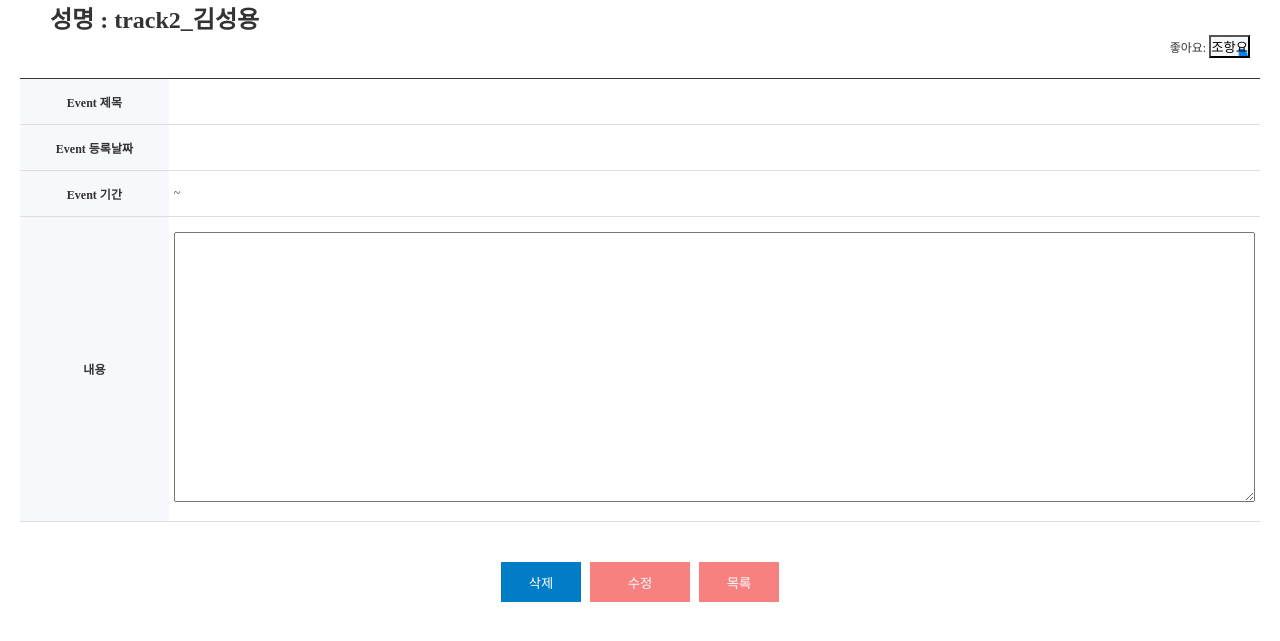
Repository: ddd5733/MVC-Pattern
Page: http://localhost/track2_exam_김성용/examGoView
An editor plug-in stored every save of this project. The page is shown before and after the next save, followed by the edit.
The browser window is 1280 px wide. The pictures show the whole page.
Some web libraries are served in a nearby version. The page is served by Tomcat 9. Other server files are loaded and not shown. Queries for data that is not in the repository find no rows.

Above is the page before, as saved 2020-01-09 05:29:24.

### 김성용_eclipse_source/track2_exam_김성용/WebContent/exam_event/event_v.jsp
<%@ page language="java" contentType="text/html; charset=utf-8"  pageEncoding="utf-8"%>
<%@ page import="common.CommonUtil" %>
<%
		String today = CommonUtil.getToday();
%>

<!DOCTYPE html>
<html>
<head>
	<meta http-equiv="Content-Type" content="text/html; charset=utf-8" />
<!--
	********************************************
		title : track2 수련생 성명
	********************************************
 -->
	<title>track2 김성용</title>
	<link rel="stylesheet" href="https://use.fontawesome.com/releases/v5.5.0/css/all.css" integrity="sha384-B4dIYHKNBt8Bc12p+WXckhzcICo0wtJAoU8YZTY5qE0Id1GSseTk6S+L3BlXeVIU" crossorigin="anonymous">
	<link href="/css/common.css" rel="stylesheet">
	<link href="/css/layout.css" rel="stylesheet" >
	<script src="http://code.jquery.com/jquery-1.11.2.min.js"></script>
<script src="http://code.jquery.com/jquery-migrate-1.2.1.min.js"></script>

<script type="text/javascript" language="javascript">

    $(document).ready(function(){
    	$("#btnOK").click(function(){

    	    var urlLocation="EventLike";
    	    var params="no="+ $('#t_no').val();
		        $.ajax({
		            type : "post",
		            url : urlLocation,
		            data: params,
		            dataType : "text",
		            error : function(){
		                alert('통신실패!!');
		            },
		            success : function(data){
		                alert("통신데이터 값 : " + data);
	                	$("#divLike").html(data);
		            }

		        });
    	 });

    });

</script>
</head>
<body>
	<div class="container">
<!--
	********************************************
		성명 : track2 수련생 성명
	********************************************
 -->
		<div class="leftmargin">
			<h1>성명 : track2_김성용</h1>
			<div class="likebox">
				<span id="divLike">
					좋아요:${t_dto.getLikecount()}
				</span>
				<input type="button" id="btnOK" style= "background: url('/image/Like.JPG')" value="조항요"/>
				<input type="hidden" name="t_no" value="${t_dto.getExam_number()}"/>
			</div>
		</div>
		<div class="write_wrap">

			<div class="board_list">
				<form name="list">
				<input type="hidden" value="${t_dto.getExam_number()}" name="t_exam_number">
				<table class="board_table">
					<colgroup>
						<col width="12%">
						<col width="*">
					</colgroup>
					<tbody>
						<tr>
							<th>Event 제목</th>
							<td class="th_left">
								<h3>${t_dto.getTitle()}</h3><br>
							</td>
						</tr>
						<tr>
						<th>Event 등록날짜</th>
							<td class="th_left">
								<h3>${t_dto.getReg_date()}</h3><br>
							</td>
						</tr>
						<tr>
							<th>Event 기간</th>
							<td class="th_left">
								<p>${t_dto.getStart_date()}</p>
								~
								<p>${t_dto.getEnd_date()}</p>
							</td>
						</tr>
						<tr>
							<th>내용</th>
							<td class="th_left">
								<textarea readonly>${t_dto.getContent()}</textarea>
								<input type="hidden" value="d" name="t_work">
							</td>
						</tr>
					</tbody>
				</table>
				</form>
			</div>
			<form name="mo">
			<input type="hidden" value="${dto.getExam_number()}" name="t_exam_number">
			</form>

			<div class="btn_wrap">
				<input type="button" value="삭제" class="btn_ok" onClick="write123();">&nbsp;&nbsp;
				<input type="reset" value="수정" class="btn_reset" onClick="momo();" >&nbsp;&nbsp;
				<input type="button" value="목록" class="btn_list" onClick="javascript:history.back();">
			</div>
		</div>
	</div>
</body>
 <script>
	function write123(){
		var yn = confirm("정말 삭제 하시겠습니까?");
		if(yn==true){
			var fm = document.list;
			fm.action ="/examUpdate";
			fm.method ="post";
			fm.submit();
		}
	}
	function momo(){
		var fm = document.mo;
		fm.action ="/examGoU";
		fm.method ="post";
		fm.submit();
	}
 </script>
</html>

### 김성용_eclipse_source/track2_exam_김성용/src/servlet/exam/examGoView.java
package servlet.exam;

import java.io.IOException;

import javax.servlet.RequestDispatcher;
import javax.servlet.ServletException;
import javax.servlet.annotation.WebServlet;
import javax.servlet.http.HttpServlet;
import javax.servlet.http.HttpServletRequest;
import javax.servlet.http.HttpServletResponse;

import dao.Exam_DAO;
import dto.Exam_DTO;

/**
 * Servlet implementation class examGoView
 */
@WebServlet("/examGoView")
public class examGoView extends HttpServlet {
	private static final long serialVersionUID = 1L;

    /**
     * @see HttpServlet#HttpServlet()
     */
    public examGoView() {
        super();
        // TODO Auto-generated constructor stub
    }

	/**
	 * @see HttpServlet#doGet(HttpServletRequest request, HttpServletResponse response)
	 */
	protected void doGet(HttpServletRequest request, HttpServletResponse response) throws ServletException, IOException {
		request.setCharacterEncoding("UTF-8");
		Exam_DAO dao = new Exam_DAO();
		String exam_number =request.getParameter("t_exam_number");
		Exam_DTO dto = dao.getExamView(exam_number);
		request.setAttribute("t_dto",dto);
		RequestDispatcher dispatcher = request.getRequestDispatcher("/exam_event/event_v.jsp");
		dispatcher.forward(request,response);

	}

	/**
	 * @see HttpServlet#doPost(HttpServletRequest request, HttpServletResponse response)
	 */
	protected void doPost(HttpServletRequest request, HttpServletResponse response) throws ServletException, IOException {
		// TODO Auto-generated method stub
		doGet(request, response);
	}

}

### 김성용_eclipse_source/track2_exam_김성용/src/dao/Exam_DAO.java
package dao;

import java.rmi.RemoteException;
import java.sql.Connection;
import java.sql.PreparedStatement;
import java.sql.ResultSet;
import java.sql.SQLException;
import java.util.*;

import common.*;
import dto.Exam_DTO;

public class Exam_DAO {
	DBConnectionOracle common = new DBConnectionOracle();
	Connection 		   con    = null;
	PreparedStatement  ps 	  = null;
	ResultSet 		   rs 	  = null;

	//홈에 리스트 띄워주기

	public ArrayList<Exam_DTO> getHomeNotice(){
	ArrayList<Exam_DTO> dtos = new ArrayList<Exam_DTO>();
	String query =	" SELECT  exam_number, substr(title,0,10),substr(content,0,15), to_char(reg_date, 'yyyy-MM-dd'), "+
					" to_char(start_date, 'yyyy-MM-dd'), to_char(end_date, 'yyyy-MM-dd'), name, hit "+
					" FROM a06_EXAM_김성용 "+
					" ORDER BY exam_number desc ";


	try {
		con = common.getConnection();
		ps = con.prepareStatement(query);
		rs = ps.executeQuery();
	while(rs.next()) {
		String exam_number = rs.getString(1);
		String title = rs.getString(2);
		String content = rs.getString(3);
		String reg_date = rs.getString(4);
		String start_date = rs.getString(5);
		String end_date = rs.getString(6);
		String name = rs.getString(7);
		int hit = rs.getInt(8);
		int likecount = rs.getInt(9);

		Exam_DTO dto = new Exam_DTO(exam_number,title,content,reg_date,start_date,end_date,name,hit,likecount);

		dtos.add(dto);
	}

		}catch(SQLException se) {
			System.out.println("SQLException getHomeNotice():"+se.getMessage());
		}catch(Exception e) {
			System.out.println("Exception getHomeNotice():"+e.getMessage());
		}finally {
			try {
				common.close(con, ps, rs);
			}catch (Exception e) {
				System.out.println("getHomeNotice() close"+e.getMessage());
			}
		}

	return dtos;
}







	//업데이트문


	public int update(String query){
	int result =0;

		try {
			con = common.getConnection();
			ps = con.prepareStatement(query);
			result = ps.executeUpdate();

		}catch(SQLException se) {
			System.out.println("SQLException insertNotice():"+se.getMessage());
		}catch(Exception e) {
			System.out.println("Exception insertNotice():"+e.getMessage());
		}finally {
			try {
				common.close(con, ps, rs);
			}catch (Exception e) {
				System.out.println("insertNotice() close"+e.getMessage());
			}
		}

		return result;
	}




	//조회수 올려주기
	public int noticeHit(String noti_no){ //조회수 증가
		int result = 0;
		String query = " update A06_TRACK2_HOME_NOTICE set hit = hit+1 where notice_no ='"+noti_no+"' ";
		try {
			con = common.getConnection();
			ps  = con.prepareStatement(query);
			result  = ps.executeUpdate();
		}catch(SQLException se) {
			System.out.println("SQLException noticeHit():"+se.getMessage());
		}catch(Exception e) {
			System.out.println("Exception noticeHit():"+e.getMessage());
		} finally {
			try {
				common.close(con,ps,rs);
			}catch(Exception e) {
				System.out.println("noticeHit() close:"+e.getMessage());
			}
		}
		return result;
	}





	public Exam_DTO getExamView(String exam_num){ //상세조회
		Exam_DTO dto = null;
		String query =  " SELECT  exam_number, substr(title,0,10),substr(content,0,15), to_char(reg_date, 'yyyy-MM-dd'), "+
						" to_char(start_date, 'yyyy-MM-dd'), to_char(end_date, 'yyyy-MM-dd'), name, hit,likecount "+
						" FROM a06_EXAM_김성용 "+
					    " where exam_number = '"+exam_num+"' ";
		try {
			con = common.getConnection();
			ps  = con.prepareStatement(query);
			rs  = ps.executeQuery();
			while(rs.next()) {
				String exam_number = rs.getString(1);
				String title = rs.getString(2);
				String content = rs.getString(3);
				String reg_date = rs.getString(4);
				String start_date = rs.getString(5);
				String end_date = rs.getString(6);
				String name = rs.getString(7);
				int hit = rs.getInt(8);
				int likecount = rs.getInt(9);

				dto = new Exam_DTO(exam_number,title,content,reg_date,start_date,end_date,name,hit,likecount);
			}
		}catch(SQLException se) {
			System.out.println("SQLException getExamView():"+se.getMessage());
		}catch(Exception e) {
			System.out.println("Exception getExamView():"+e.getMessage());
		} finally {
			try {
				common.close(con,ps,rs);
			}catch(Exception e) {
				System.out.println("getExamView() close:"+e.getMessage());
			}
		}
		return dto;
	}


	// 목록 조회

public ArrayList<Exam_DTO> getExamLsit(String selValue, String txtValue){
	ArrayList<Exam_DTO> dtos = new ArrayList<Exam_DTO>();
	String query =	" SELECT  exam_number, substr(title,0,10),substr(content,0,15), to_char(reg_date, 'yyyy-MM-dd'), "+
					" to_char(start_date, 'yyyy-MM-dd'), to_char(end_date, 'yyyy-MM-dd'), name, hit, likecount "+
					" FROM a06_EXAM_김성용 "+
					" where "+selValue+" like '%"+txtValue+"%' "+
					" order by exam_number desc ";
	try {
		con = common.getConnection();
		ps = con.prepareStatement(query);
		rs = ps.executeQuery();
	while(rs.next()) {
		String exam_number = rs.getString(1);
		String title = rs.getString(2);
		String content = rs.getString(3);
		String reg_date = rs.getString(4);
		String start_date = rs.getString(5);
		String end_date = rs.getString(6);
		String name = rs.getString(7);
		int hit = rs.getInt(8);
		int likecount = rs.getInt(9);

		Exam_DTO dto = new Exam_DTO(exam_number,title,content,reg_date,start_date,end_date,name,hit,likecount);

		dtos.add(dto);
	}

		}catch(SQLException se) {
			System.out.println("SQLException getExamLsit():"+se.getMessage());
		}catch(Exception e) {
			System.out.println("Exception getExamLsit():"+e.getMessage());
		}finally {
			try {
				common.close(con, ps, rs);
			}catch (Exception e) {
				System.out.println("getExamLsit() close"+e.getMessage());
			}
		}
	System.out.println(query);
	return dtos;
}




	//공지사항등록


	public int insertNotice(String notice_no, String title,
							String content, String reg_id, String reg_date){
	int result =0;
	String query=   " insert into a06_track2_web_notice(notice_no,title,content,reg_id,reg_date) "+
					" values('"+notice_no+"','"+title+"','"+content+"','"+reg_id+"','"+reg_date+"') ";

		try {
			con = common.getConnection();
			ps = con.prepareStatement(query);
			result = ps.executeUpdate();

		}catch(SQLException se) {
			System.out.println("SQLException insertNotice():"+se.getMessage());
		}catch(Exception e) {
			System.out.println("Exception insertNotice():"+e.getMessage());
		}finally {
			try {
				common.close(con, ps, rs);
			}catch (Exception e) {
				System.out.println("insertNotice() close"+e.getMessage());
			}
		}

		return result;
	}


	public String getMaxNo() {
		String query = " select max(exam_number) from a06_exam_김성용 ";
		String result = null;

		try {
			con = common.getConnection();
			ps = con.prepareStatement(query);
			rs = ps.executeQuery();
			while(rs.next()) {
				result = rs.getString(1);
			}

		}catch(SQLException se) {
			System.out.println("SQLException getMaxid():"+se.getMessage());
		}catch(Exception e) {
			System.out.println("Exception getMaxid():"+e.getMessage());
		}finally {
			try {
				common.close(con, ps, rs);
			}catch (Exception e) {
				System.out.println("getMemberList() close"+e.getMessage());
			}
		}

		return result;
	}



	public String getExam_number() {
		String exam_number = getMaxNo();
		System.out.println("11111111111"+exam_number);
		if(exam_number == null) {
			exam_number = "N0001";
		} else {
			String cut = exam_number.substring(1,5);
			int number = Integer.parseInt(cut);
			System.out.println(number);
			number++;
			System.out.println(number);
			String r = CommonUtil.getLPad(Integer.toString(number), 4, "0");
			exam_number = "N"+r;
			System.out.println("2222222222"+exam_number);
		}

		return exam_number;
	}

}

### 김성용_eclipse_source/track2_exam_김성용/src/common/DBConnectionOracle.java
package common;
import java.rmi.RemoteException;
import java.sql.Connection;
import java.sql.DriverManager;
import java.sql.PreparedStatement;
import java.sql.ResultSet;
import java.sql.SQLException;
public class DBConnectionOracle{
	public Connection getConnection() throws RemoteException{
		try {
			Class.forName("oracle.jdbc.driver.OracleDriver");
		} catch (Exception ex) {
			System.out.println("DBConnectionOracle.class = Exception: " + ex.getMessage());
		}
		Connection con = null;
		try{
			// String DB_URL = "jdbc:oracle:thin:@admin-pc0:1521:ORCL";
			// String DB_USER = "hr";
			// String DB_PASSWORD= "1234";
			 String DB_URL = "jdbc:oracle:thin:@admin-pc04:1521:ORCL";
			 String DB_USER = "scott";
			 String DB_PASSWORD= "tiger";
//			String DB_URL = "jdbc:oracle:thin:@localhost:1521:ORCL";
//			String DB_USER = "hr";
//			String DB_PASSWORD= "1234";
			con = DriverManager.getConnection(DB_URL, DB_USER, DB_PASSWORD);
			if(con == null){
				System.out.println("DBConnectionOracle.class = oracle db 연결실패===========");
			}
		} catch (SQLException ex) {
			System.out.println("DBConnectionOracle.class = SQLException: " + ex.getMessage());
			System.out.println("DBConnectionOracle.class = SQLState: " + ex.getSQLState());
		}
		return con;
	}
	public void close(Connection con, PreparedStatement ps){
		try {
			if(ps != null) 		ps.close();
			if(con != null)		con.close();
		} catch(Exception e) {
			System.out.println("=========== 종료 error ===========");
		}
    }
	public void close(Connection con, PreparedStatement ps, ResultSet result){
		try {
			if(result != null)	result.close();
			if(ps != null) 		ps.close();
			if(con != null)		con.close();
		} catch(Exception e) {
			System.out.println("=========== 종료 error ===========");
		}
    }
}

### 김성용_eclipse_source/track2_exam_김성용/src/common/CommonUtil.java
package common;
import java.util.*;
import java.io.*;

import java.text.*;
public class CommonUtil{
Scanner sc = new Scanner(System.in);
public static String file_dir_notice = "C:\\Users\\admin\\Desktop\\김성용_eclipse_source\\.metadata\\.plugins\\org.eclipse.wst.server.core\\tmp0\\wtpwebapps\\ksy_jsp\\file_room\\notice";

public static String file_dir_news = "C:/Users/admin/Desktop/김성용_eclipse_source/.metadata/.plugins/org.eclipse.wst.server.core/tmp0/wtpwebapps/ksy_jsp/file_room/news";
	//입력값 숫자만 받기
	public int inputNumberOnly() {
		int number=0;
		while(true) {
			try{
				number = sc.nextInt();
				break;
			}
			catch(InputMismatchException e){
				sc = new Scanner(System.in);
				System.out.println(" 숫자만 입력해주세요 ");
				System.out.print(" 다시입력 : ");
			}
			catch(Exception e){
			}
		}
		return number;
	}

	//스트링값 숫자만 받기
	public int stringintcheck(String munja) {
		int number=0;
		while(true) {
			try{
				number = sc.nextInt();
				break;
			}
			catch(InputMismatchException e){
				sc = new Scanner(System.in);
				System.out.println(" 숫자만 입력해주세요 ");
				System.out.print(" 다시입력 : ");
			}
			catch(Exception e){
			}
		}
		return number;
	}

	// 입력 날짜 - 제거 인트 형변환
	public static int StiWithout(String checkDate){
		int	dayday = Integer.parseInt(checkDate.replace("-" , ""));

		return dayday;
	}

	// 날짜형식 검사 -없이
	public static boolean checkDateWithout(String checkDate){
		SimpleDateFormat dateFormat =
			new SimpleDateFormat("yyyyMMdd");
		boolean checkD = true;
		dateFormat.setLenient(false);
		try{
			dateFormat.parse(checkDate);
		}catch(ParseException e){
			checkD = false;
		}
		return checkD;
	}

	//잘라서 년월구하기
	public static String getTodayWithoutUnderBar(){
			SimpleDateFormat sdf = new SimpleDateFormat("yyyyMMdd");
			Date date = new Date();
			String today = sdf.format(date);
			return today;
		}

	//오늘날짜
	public static String getToday(){
		SimpleDateFormat sdf = new SimpleDateFormat("yyyy-MM-dd");
		Date date = new Date();
		String today = sdf.format(date);
		return today;
	}
	//제조일자검사 yyyyMM형
	public static boolean checkYm(String checkDate){
		SimpleDateFormat dateFormat =
			new SimpleDateFormat("yyyyMM");
		boolean checkD = true;
		dateFormat.setLenient(false);
		try{
			dateFormat.parse(checkDate);
		}catch(ParseException e){
			checkD = false;
		}
		return checkD;
	}


	// 날짜형식 검사
	public static boolean checkDate(String checkDate){
		SimpleDateFormat dateFormat =
			new SimpleDateFormat("yyyy-MM-dd");
		boolean checkD = true;
		dateFormat.setLenient(false);
		try{
			dateFormat.parse(checkDate);
		}catch(ParseException e){
			checkD = false;
		}
		return checkD;
	}
	// 부족한 자리수 만큼 채우기 왼쪽채우기
	public static String getLPad(String str, int size, String strFillText) {
        for(int i = (str.getBytes()).length; i < size; i++) {
            str = strFillText + str;
        }
        return str;
    }
	// 부족한 자리수 만큼 채우기 양쪽채우기
	public static String getCPad(String str, int size, String strFillText) {
        int intPadPos = 0;
        for(int i = (str.getBytes()).length; i < size; i++) {
            if(intPadPos == 0) {
                str += strFillText;
                intPadPos = 1;
            } else {
                str = strFillText + str;
                intPadPos = 0;
            }
        }
        return str;
    }
	// 부족한 자리수 만큼 채우기 오른쪽채우기
	public static String getRPad(String str, int size, String strFillText) {
        for(int i = (str.getBytes()).length; i < size; i++) {
            str += strFillText;
        }
        return str;

    }

	// null 검사
	public static String checkNull(String sValue){
		String result="";
		if(sValue != null) result = sValue;
		return result;
	}

	// 페이지
	public static String pageList(int current_page,int totalpage){
		int pagenumber;    //화면에 보여질 페이지 인덱스수
		int startpage;     //화면에 보여질 시작 페이지 번호
		int endpage;       //화면에 보여질 마지막 페이지 번호
		int curpage;       //이동하고자 하는 페이지 번호

		String strList=""; //리턴될 페이지 인덱스 리스트

		pagenumber = 5;   //한 화면의 페이지 인덱스수

		//시작 페이지 번호 구하기
		startpage = ((current_page - 1)/ pagenumber) * pagenumber + 1;
		//마지막 페이지 번호 구하기
		endpage = (((startpage -1) + pagenumber) / pagenumber)*pagenumber;
		//총페이지수가 계산된 마지막 페이지 번호보다 작을 경우
		//총페이지수가 마지막 페이지 번호가 됨

		if(totalpage <= endpage)  endpage = totalpage;

		//첫번째 페이지 인덱스 화면이 아닌경우
		if(current_page > pagenumber){
			curpage = startpage -1;  //시작페이지 번호보다 1적은 페이지로 이동
			strList = strList +"<a href=javascript:gopage("+curpage+")><i class='fa fa-angle-double-left'></i></a>";//첫화살표
		}

		//시작페이지 번호부터 마지막 페이지 번호까지 화면에 표시
		curpage = startpage;
		while(curpage <= endpage){
			if(curpage == current_page){
				strList = strList +"<a href='' class='active'>["+current_page+"]</a>";
			} else {
				strList = strList +"<a href=javascript:gopage("+curpage+")><font color=#666699>["+curpage+"]</font></a>";//2나 다음 페이지를 눌렀을때페이지에서 r의 함수로 보내준다
			}
			curpage++;
		}
		//뒤에 페이지가 더 있는 경우
		if(totalpage > endpage){
			curpage = endpage+1;
			strList = strList + "<a href=javascript:gopage("+curpage+")><i class='fa fa-angle-double-right'></i></a>";//마지만 화살표
		}

		return strList;
	}

	// 페이지
		public static String pageList_saving(int current_page,int totalpage, String list_url){
			int pagenumber;    //화면에 보여질 페이지 인덱스수
			int startpage;     //화면에 보여질 시작 페이지 번호
			int endpage;       //화면에 보여질 마지막 페이지 번호
			int curpage;       //이동하고자 하는 페이지 번호

			String strList=""; //리턴될 페이지 인덱스 리스트

			pagenumber = 5;   //한 화면의 페이지 인덱스수

			//시작 페이지 번호 구하기
			startpage = ((current_page - 1)/ pagenumber) * pagenumber + 1;
			//마지막 페이지 번호 구하기
			endpage = (((startpage -1) + pagenumber) / pagenumber)*pagenumber;
			//총페이지수가 계산된 마지막 페이지 번호보다 작을 경우
			//총페이지수가 마지막 페이지 번호가 됨

			if(totalpage <= endpage)  endpage = totalpage;

			//첫번째 페이지 인덱스 화면이 아닌경우
			if(current_page > pagenumber){
				curpage = startpage -1;  //시작페이지 번호보다 1적은 페이지로 이동
				strList = strList +"<a href='"+list_url+"&r_page="+curpage+"'><i class='fa fa-angle-double-left'></i></a>";
			}

			//시작페이지 번호부터 마지막 페이지 번호까지 화면에 표시
			curpage = startpage;
			while(curpage <= endpage){
				if(curpage == current_page){
					strList = strList +"<a href='' class='active'>["+current_page+"]</a>";
				} else {
					strList = strList +"<a href='"+list_url+"&r_page="+curpage+"'><font color=#666699>["+curpage+"]</font></a>";
				}
				curpage++;
			}
			//뒤에 페이지가 더 있는 경우
			if(totalpage > endpage){
				curpage = endpage+1;
				strList = strList + "<a href='"+list_url+"&r_page="+curpage+"'><i class='fa fa-angle-double-right'></i></a>";
			}

			return strList;
		}

}

### 김성용_eclipse_source/track2_exam_김성용/WebContent/css/common.css
@charset "utf-8";

/* reset css */
* {margin:0; padding:0; box-sizing:border-box;}
/* width:275px; padding:10; 실제가로폭은? 295px
box-sizing:border-box css 적용하면 실제 가로 폭은? 275px */
ul,ol {list-style:none;}
a {text-decoration:none; color:#333;}
body {font-family:나눔고딕; color:#333; font-weight:normal; font-size:12px;}
header, nav, section, article, footer {display:block;}
1h,h2,h3,h4,h5,h6 {font-weight:normal; font-size:16px;}
table, tr, td, th {border-collapse:collapse;}
fieldset {border:0 none;}

/* 브라우져 중앙에 요소를 배치하는 방법 */
.sr-only {position:absolute; top:50%; left:50%; z-index:500px; width:120px; height:60px; background:#f00; margin-left:-60px; margin-top:-30px;}
.sr-only p {text-align:center; line-height:60px;}

/* 넘치는 값 안 보이게 하기 overflow:hidden; */
/* 계층 순서 z-index; 마이너스(-) 값은 반대로 이동시킨다
body 시작지점을 원점으로 위치 잡기 position:absolut; */
.sr-only {position:absolute; top:0; left:0; width:0; height:0; font-size:0; overflow:hidden;}
.w100 {width:100%;}
.clearfix::after {content:""; display:block; clear:both;}

Loaded but not shown: 김성용_eclipse_source/track2_exam_김성용/WebContent/css/layout.css (388 lines, source omitted)

After the next save:
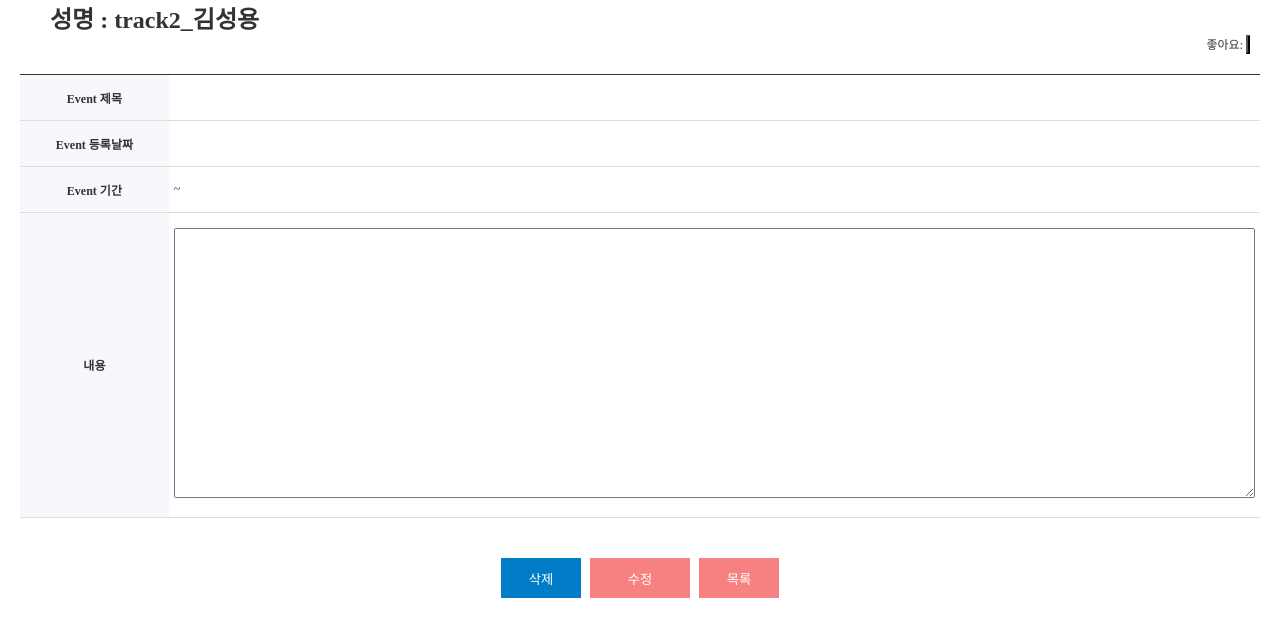
Saved 48 s later.
--- a/김성용_eclipse_source/track2_exam_김성용/WebContent/exam_event/event_v.jsp
+++ b/김성용_eclipse_source/track2_exam_김성용/WebContent/exam_event/event_v.jsp
@@ -60,7 +60,7 @@
 				<span id="divLike">
 					좋아요:${t_dto.getLikecount()}
 				</span>
-				<input type="button" id="btnOK" style= "background: url('/image/Like.JPG')" value="조항요"/>
+				<input type="button" id="btnOK" style= "background: url('/image/Like.JPG')" value=""/>
 				<input type="hidden" name="t_no" value="${t_dto.getExam_number()}"/>
 			</div>
 		</div>
